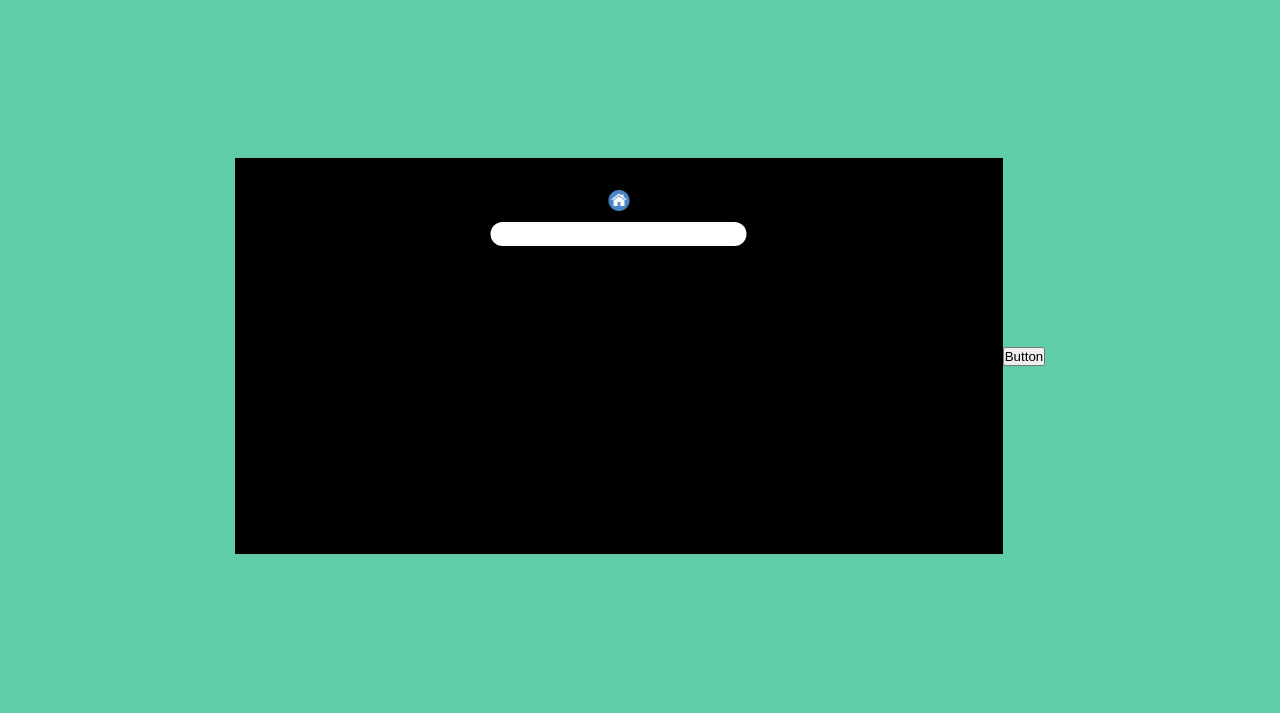
Repository: gitveerak/git-message-chat
Page: demo/demo1.html
The author's editor kept a copy of each file at every save. The page is drawn from the files as they stood at one save, then again after the next save.
The browser window is 1280 px wide. The pictures show the whole page.

Above is the page before, as saved 2025-04-20 18:19:26.

### demo/demo1.html
<!DOCTYPE html>
<html lang="en">
<head>
    <meta charset="UTF-8">
    <meta name="viewport" content="width=device-width, initial-scale=1.0">
    <title>Demo Page</title>
    <style>
        *{
            padding: 0;
            margin: 0;
            box-sizing: border-box;
        }
        .wrap{
            height: 99vh;
            width: 100vw;
            background-color: rgb(97, 204, 168);
            display: flex;
            justify-content: center;
            align-items: center;
        }
        .wrap_inner{
            background-color: black;
            width: 60vw;
            height: 55vh;
            position: relative;
        }
        .img_icon{
            vertical-align: bottom;
            position: absolute;
            top: 2em;
            left: 50%;
            transform: translateX(-50%);
        }
        .icon_bar{
            position: absolute;
            top: 2em;
            left: 50%;
            transform: translateX(-50%);
            width: 20vw;
            height: 1.5em;
            border-radius: 5em;
            background-color: white;
        }
    </style>
</head>
<body>
    <div class="wrap">
        <div class="wrap_inner">
            <div class="img_icon">
                <img src="home.png" alt="home_png">
                <div class="icon_bar">
                </div>
            </div>
        </div>
        <button type="button" onclick="btn()">Button</button>
    </div>
    <script>
        // const icon = document.querySelector('.icon');
        // function btn() {
        //     icon.style.display='block';
        //     setTimeout(() => {
        //     icon.style.display='none';
        //     }, 6000);
        // }
    </script>
</body>
</html>

After the next save:
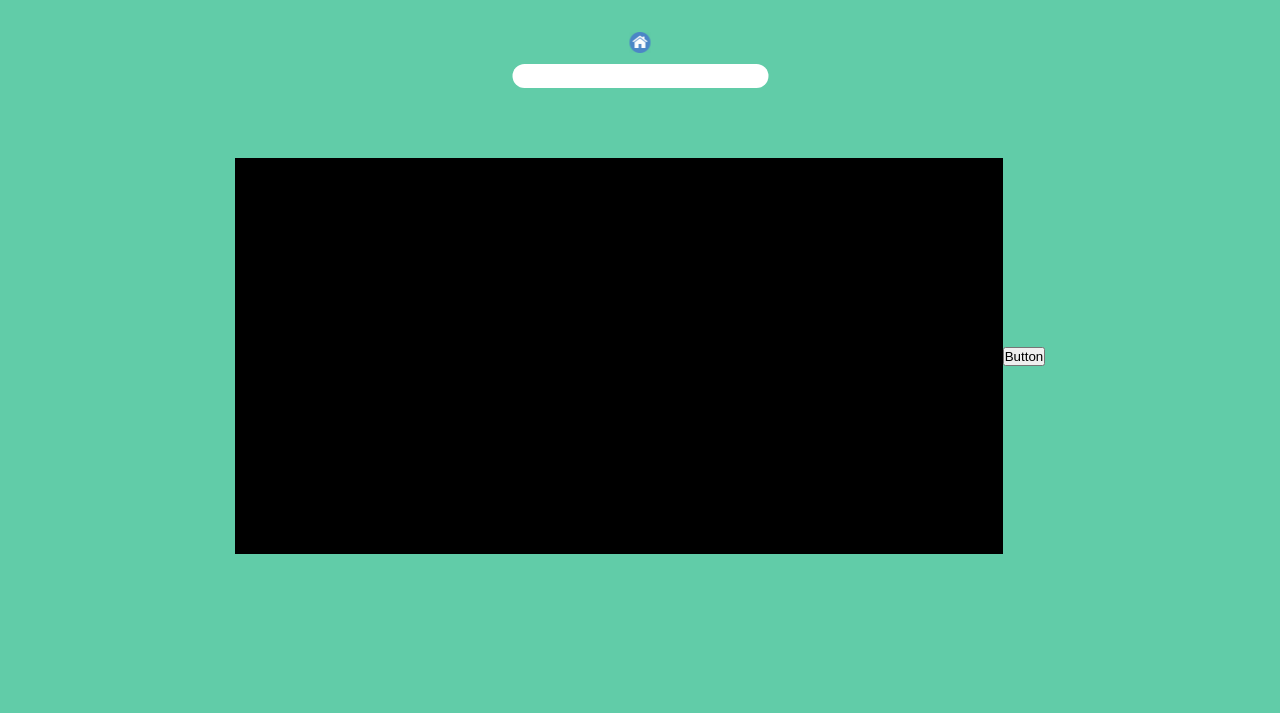
Saved 25 s later.
--- a/demo/demo1.html
+++ b/demo/demo1.html
@@ -26,7 +26,7 @@
         }
         .img_icon{
             vertical-align: bottom;
-            position: absolute;
+            position: fixed;
             top: 2em;
             left: 50%;
             transform: translateX(-50%);
